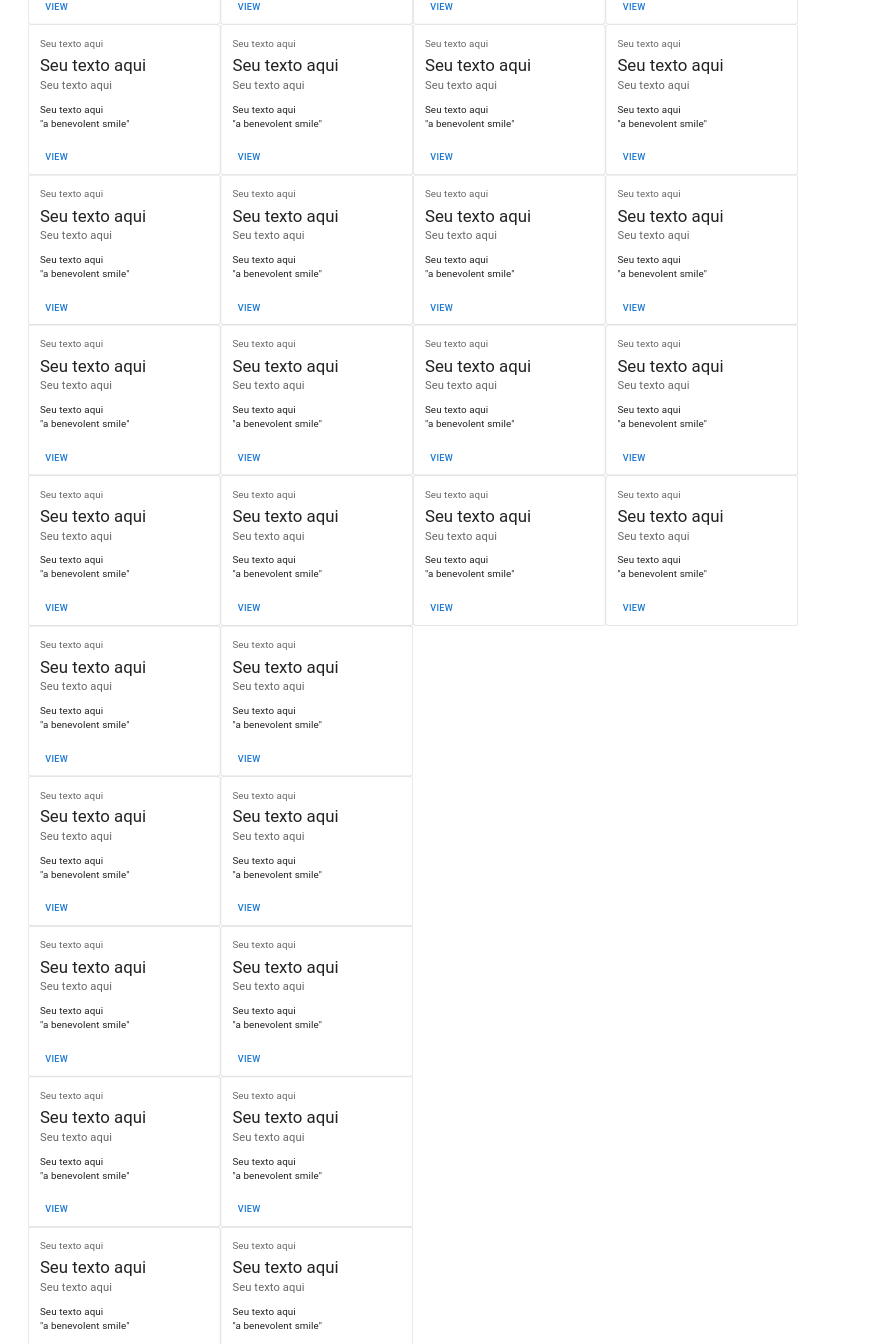
Repository: KennedyWanderson/landing
Page: /
These files come from the project's save history. The page is drawn as it stood at one moment and after the next save; the edit follows.
The browser window is 1280 px wide. The pictures show the part of the page from y = 957 to 2877 px (the page is 3402 px tall before and 2114 px after), at 70% of full size.
The project was rebuilt for these pictures with package versions that can differ from the ones it lists, and the page was loaded fresh each time. The framework's server and built-in components were replaced by stand-ins that run in the browser. Also part of the build but not shown: next.config.js.

Above is the page before, as saved 2024-01-04 10:49:44.

After the next save:
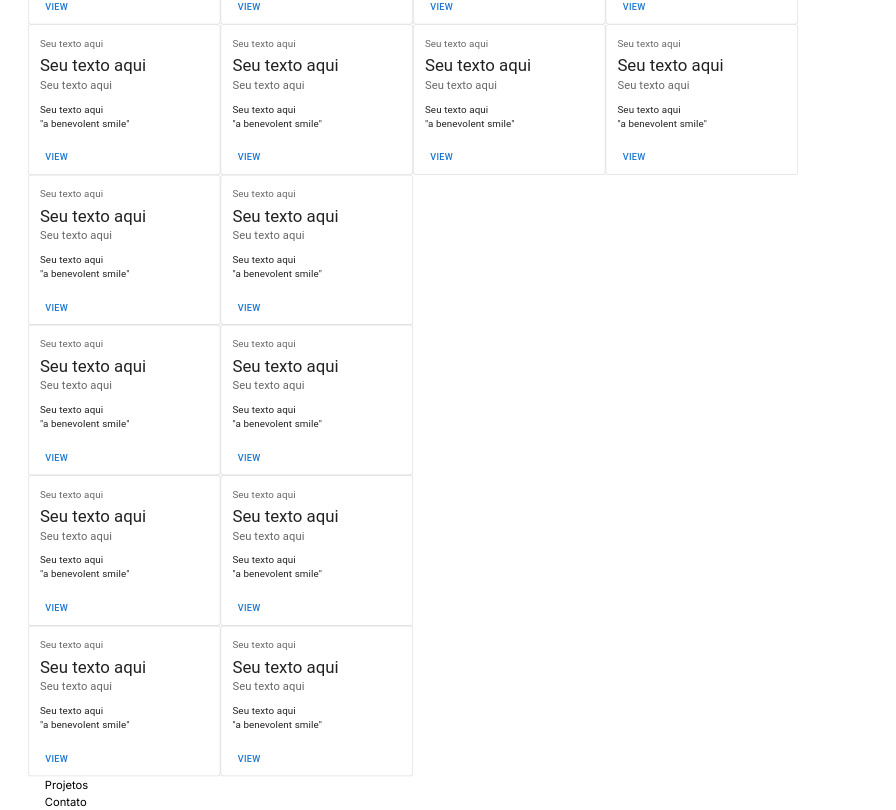
Saved 34 s later.
--- a/src/Components/About.tsx
+++ b/src/Components/About.tsx
@@ -31,9 +31,7 @@ export default function ResponsiveGrid() {
                                     <OutlinedCard />
                                     <OutlinedCard />
                                     <OutlinedCard />
-                                    <OutlinedCard />
-                                    <OutlinedCard />
-                                    <OutlinedCard />
+
                                 </div>
                             </div>
                     </Grid>
